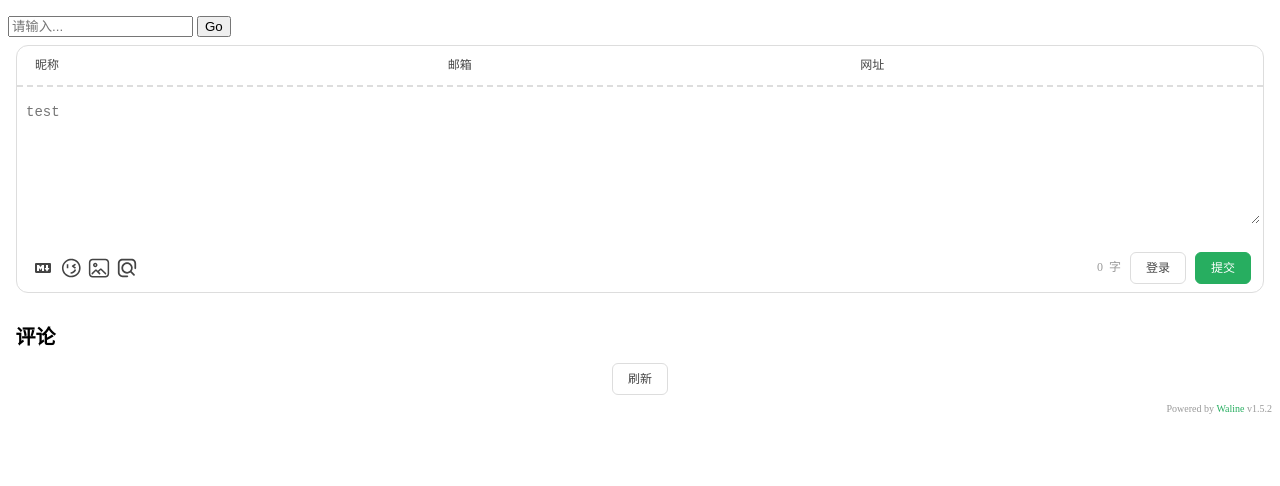
Repository: StarunneR/one-page
Page: index.html
These files come from the project's save history. The page is drawn as it stood at one moment and after the next save; the edit follows.
The browser window is 1280 px wide. The pictures show the whole page.
The page's requests for data from a server got no answer.

Above is the page before, as saved 2022-01-07 11:20:22.

After the next save:
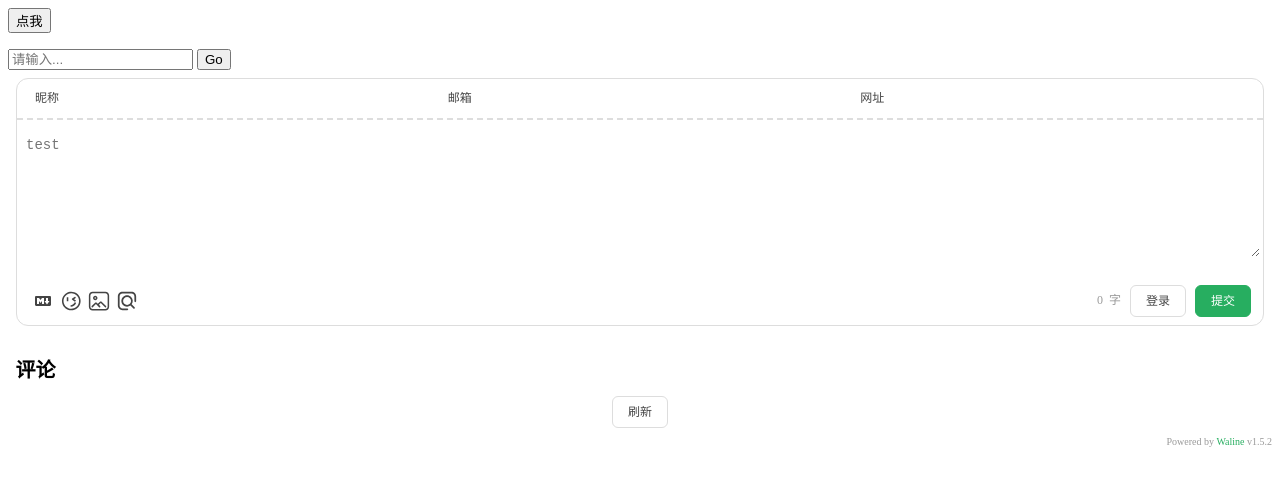
Saved 20 s later.
--- a/index.html
+++ b/index.html
@@ -18,6 +18,7 @@
 </head>
 
 <body>
+    <button onclick="myFunction()">点我</button>
     <p id="demo"></p>
     <div class="search">
         <input type="text" placeholder="请输入..." name="" id="" value="" />
